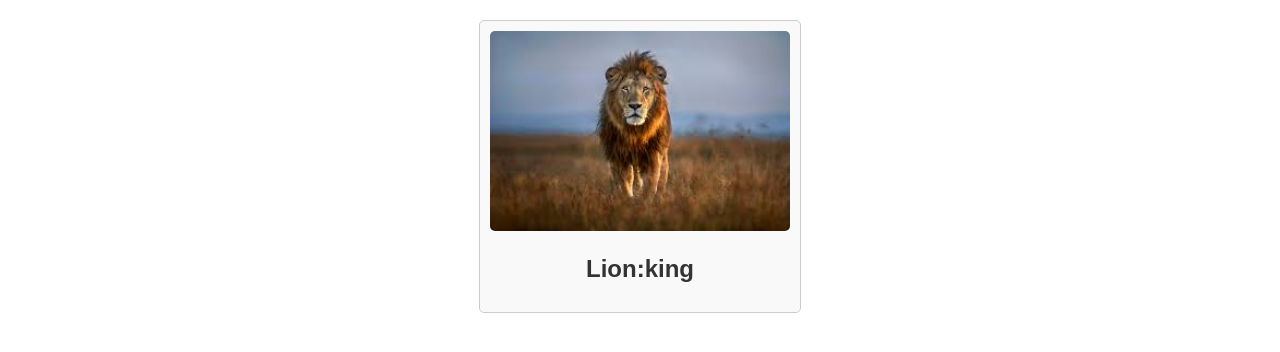
Repository: KingBoyMaylow/Animal-trading-card
Page: index.html
These files come from the project's save history. The page is drawn as it stood at one moment and after the next save; the edit follows.
The browser window is 1280 px wide. The pictures show the whole page.

Above is the page before, as saved 2024-05-13 21:41:06.

### index.html
<!DOCTYPE html>
<html lang="en">
<head>
    <meta charset="UTF-8">
    <meta name="viewport" content="width=device-width, initial-scale=1.0">
    <title>Document</title>
</head>
<body>
    <style>
    body {
        font-family: Arial, sans-serif;
        text-align: center;
    }
    .card {
        width: 300px;
        border: 1px solid #ccc;
        border-radius: 5px;
        margin: 20px auto;
        padding: 10px;
        background-color: #f9f9f9;
    }
    .card img {
        width: 100%;
        border-radius: 5px;
    }
    .card h2 {
        color: #333;
    }
    .card p {
        color: #666;
    }
</style>
</head>
<body>
    <div class="card">
        <img src="lion.jpeg" alt="Lion">
        <h2>Lion:king</h2>
    </div>
</body>
</html>

After the next save:
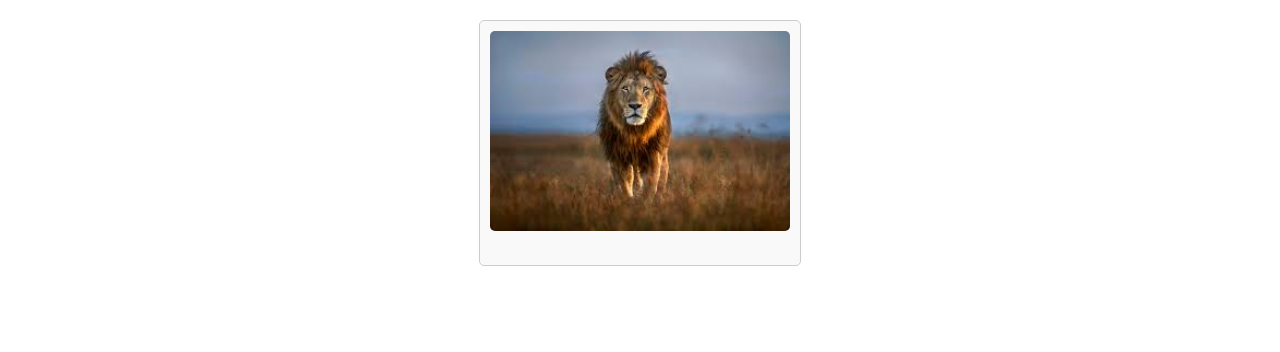
Saved 6 s later.
--- a/index.html
+++ b/index.html
@@ -34,7 +34,7 @@
 <body>
     <div class="card">
         <img src="lion.jpeg" alt="Lion">
-        <h2>Lion:king</h2>
+        <h2><Lion:king></Lion:king></h2>
     </div>
 </body>
 </html>
